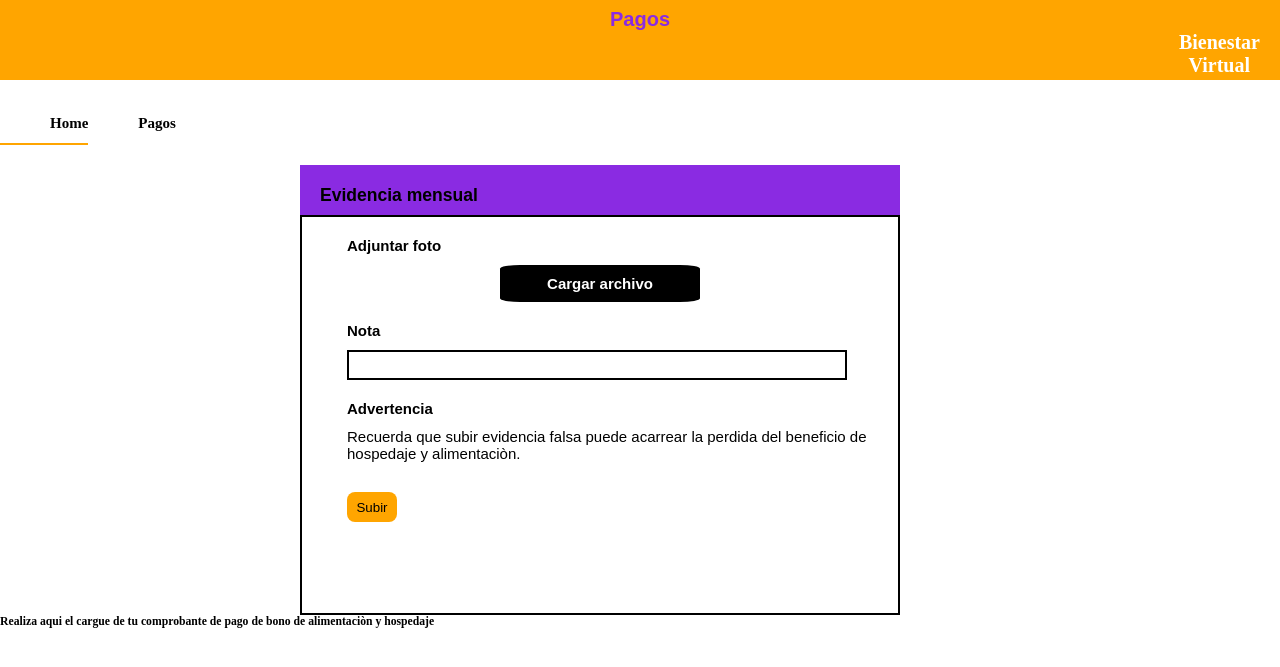
Repository: Diani123/Mis-actividades
Page: softwarebienestarinstitucional/pagos.html
These files come from the project's save history. The page is drawn as it stood at one moment and after the next save; the edit follows.
The browser window is 1280 px wide. The pictures show the whole page.
The pointer rests on the first visible `.item`.

Above is the page before, as saved 2023-02-12 20:21:31.

After the next save:
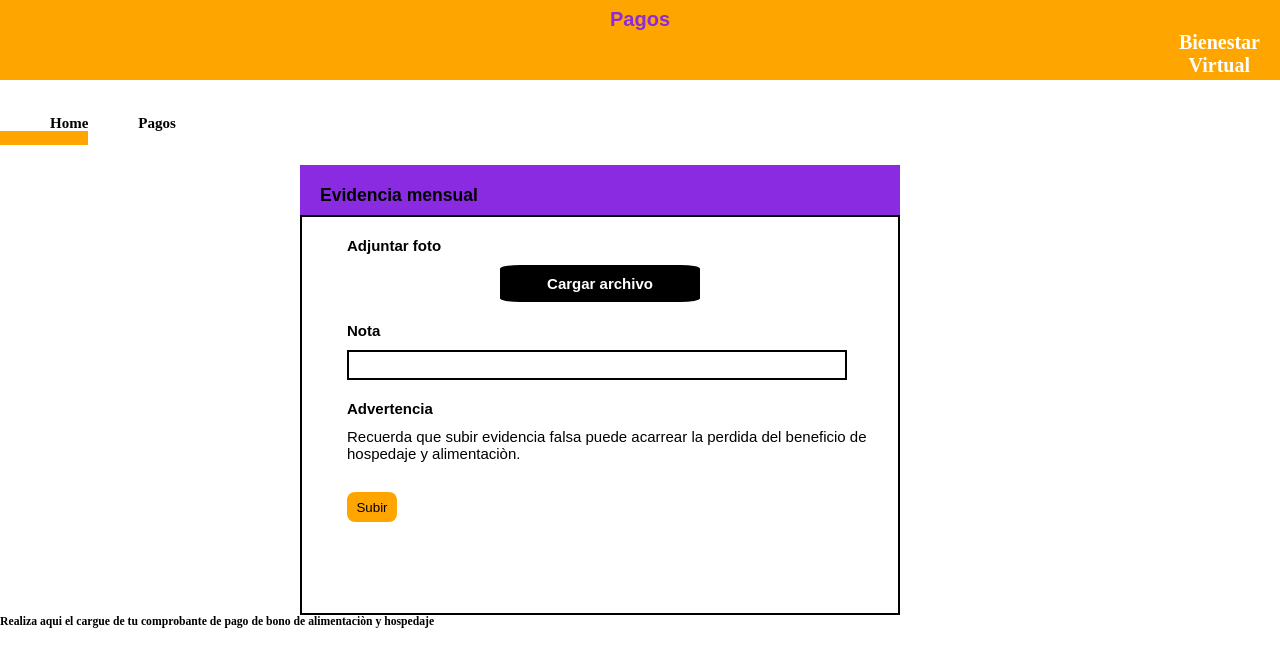
Saved 5 s later.
--- a/softwarebienestarinstitucional/pagos.css
+++ b/softwarebienestarinstitucional/pagos.css
@@ -55,7 +55,7 @@
   }
   .item:hover{
     border-bottom: solid 2px orange;
-    border-width: ;
+    border-width: 14px;
 
   }
 
